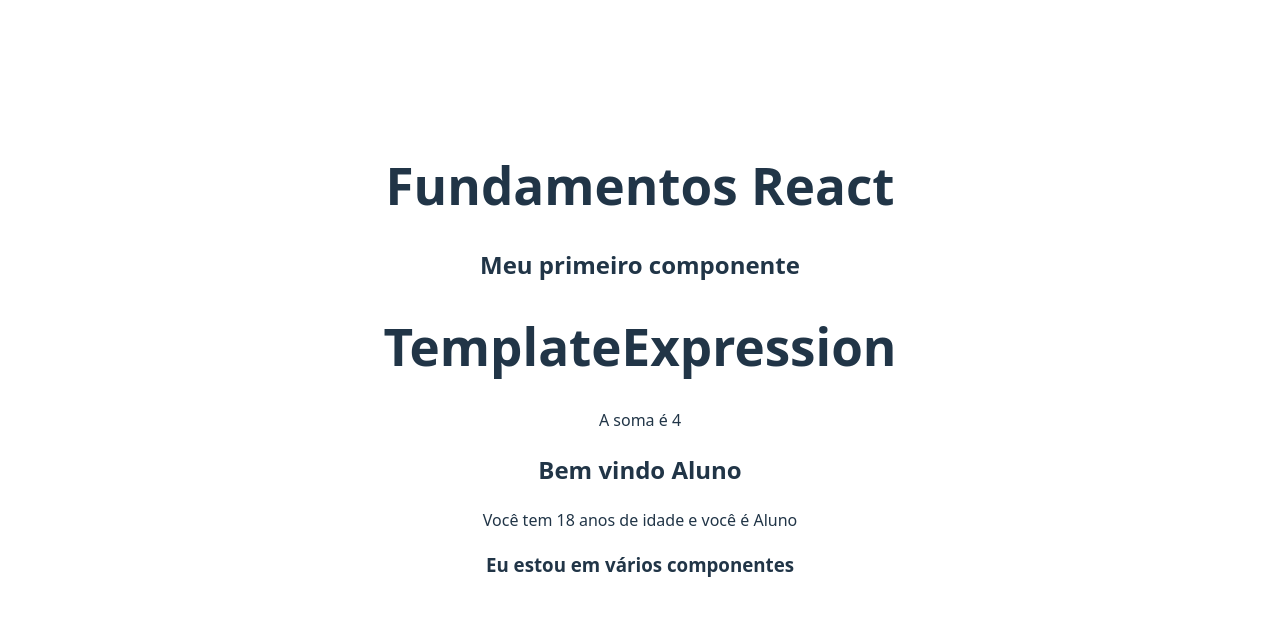
Repository: bellincanta/ReactNative
Page: / (app in Projetos/aulaReact/)
An editor plug-in stored every save of this project. The page is shown before and after the next save, followed by the edit.
The browser window is 1280 px wide. The pictures show the whole page.
The project was rebuilt for these pictures with package versions that can differ from the ones it lists, and the page was loaded fresh each time. Also part of the build but not shown: Projetos/aulaReact/vite.config.ts.

Above is the page before, as saved 2025-06-05 17:59:54.

### Projetos/aulaReact/src/App.tsx
//importação de componentes
import PrimeiroComponente from './components/PrimeiroComponente'
import TemplateExpression from './components/TemplateExpression'
import MeuComponente from './components/MeuComponente'
import './App.css'

function App() {
  //comentário
  return (
    <>
      <div>
        {/*comentário JSX */}
       <h1>Fundamentos React</h1>
       <PrimeiroComponente/>
       <TemplateExpression/>
       <MeuComponente/>

      </div>
    </>
  )
}

export default App

### Projetos/aulaReact/src/components/PrimeiroComponente.tsx
//Criando componente
const PrimeiroComponente = () => {
    return (
        <div>
            <h2>Meu primeiro componente</h2>
        </div>
    )
}

export default PrimeiroComponente

### Projetos/aulaReact/src/components/TemplateExpression.tsx
//Template expression

const TemplateExpression = () => {
  const name = "Aluno"

  const data = {
    idade: 18,
    funcao: "Aluno"
  }

  return (
    <div>
        <h1>TemplateExpression</h1>
        <p>A soma é { 2 + 2} </p>
        <h2>Bem vindo {name} </h2>
        <p>
          Você tem {data.idade} anos de idade e você é {data.funcao}
        </p>
    </div>
  )
}

export default TemplateExpression

### Projetos/aulaReact/src/components/MeuComponente.tsx


const MeuComponente = () => {
  return (
    <div>
        <h3>Eu estou em vários componentes</h3>
    </div>
  )
}

export default MeuComponente

Loaded but not shown: Projetos/aulaReact/index.html (common file); Projetos/aulaReact/src/main.tsx (common file); Projetos/aulaReact/src/index.css (common file); Projetos/aulaReact/src/App.css (common file)

After the next save:
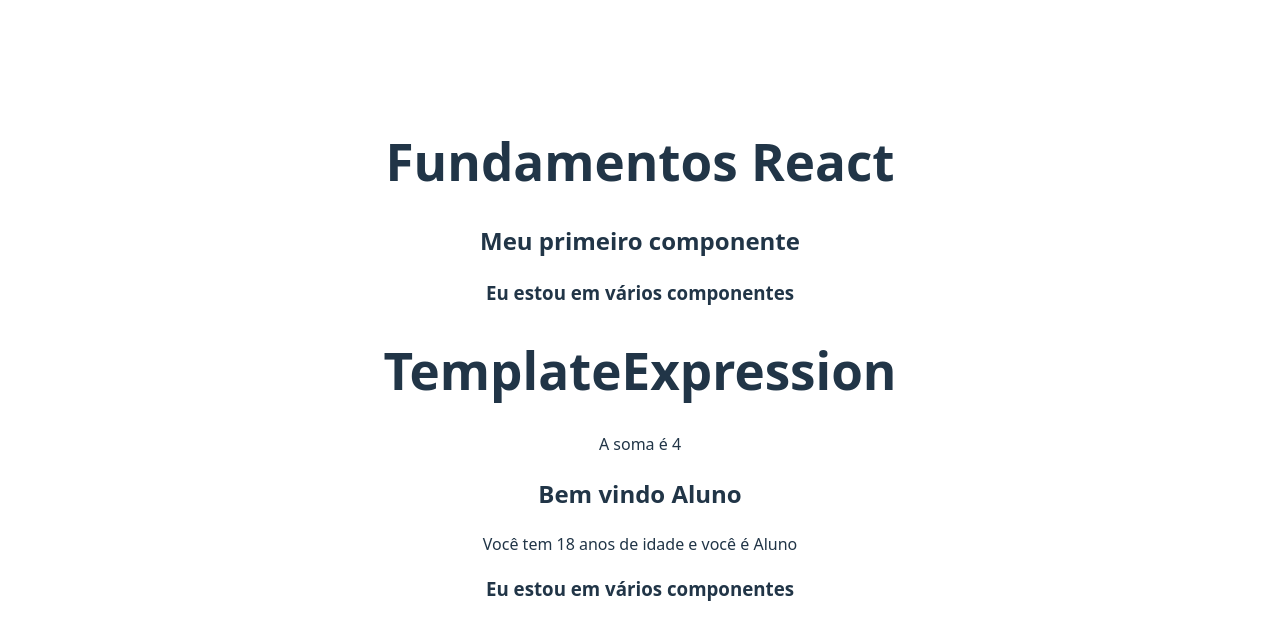
Saved 49 s later.
--- a/Projetos/aulaReact/src/components/PrimeiroComponente.tsx
+++ b/Projetos/aulaReact/src/components/PrimeiroComponente.tsx
@@ -1,8 +1,11 @@
+import MeuComponente from "./MeuComponente"
+
 //Criando componente
 const PrimeiroComponente = () => {
     return (
         <div>
             <h2>Meu primeiro componente</h2>
+            <MeuComponente/>
         </div>
     )
 }
